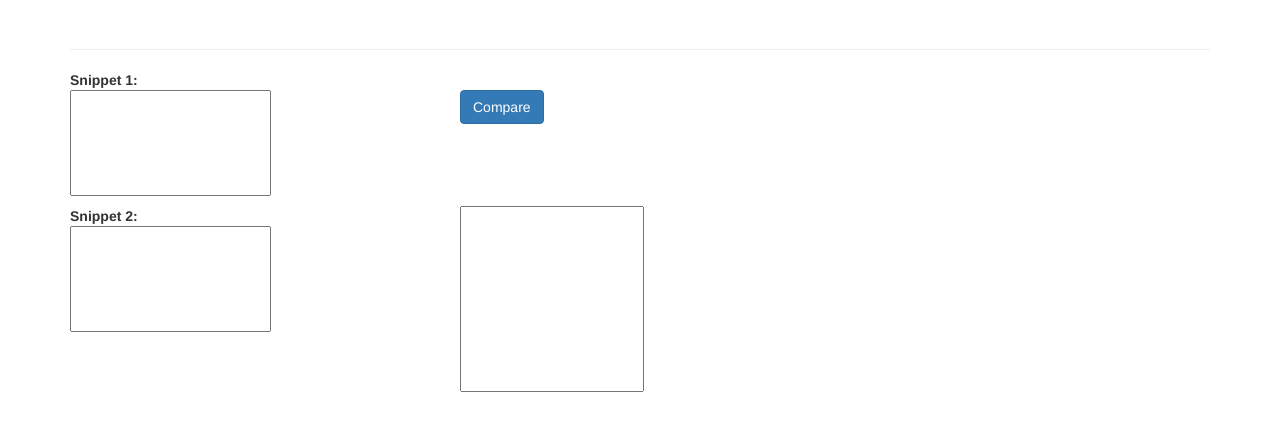
Repository: d4rkm3z/JSPerfomance
Page: index.html
An editor plug-in stored every save of this project. The page is shown before and after a run of saves, followed by the edit.
The browser window is 1280 px wide. The pictures show the whole page.

Above is the page before, as saved 2016-10-25 18:04:36.

After the next 3 saves:
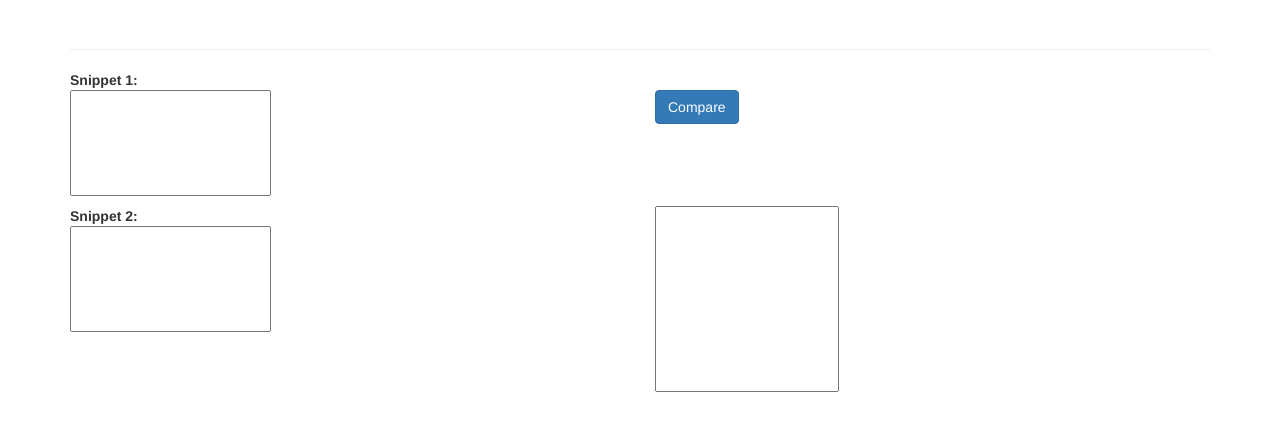
The 3 saves are shown as one change because they came seconds apart.
The last was saved 9 s later.
--- a/index.html
+++ b/index.html
@@ -13,7 +13,7 @@
   <div class="container">
     <div class="page-header"></div>
     <div class="row">
-      <div class="col-xs-4">
+      <div class="col-md-6">
         <label>
           Snippet 1:<br>
           <span class="snippets-group span-snippets">
@@ -21,12 +21,12 @@
           </span>
         </label>
       </div>
-      <div class="col-xs-4">
+      <div class="col-md-6">
         <button type="button" id="calculate" class="btn btn-primary btn-default btn-compare">Compare</button>
       </div>
     </div>
     <div class="row">
-      <div class="col-xs-4">
+      <div class="col-md-6">
         <label>
           Snippet 2:<br>
           <span class="snippets-group span-snippets">
